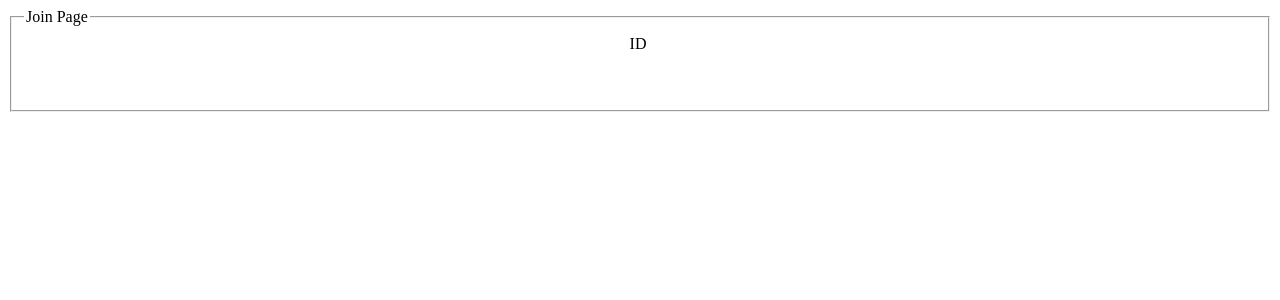
Repository: Jungsol/Servlet_JSP_study
Page: Servlet_JSP_study/src/main/webapp/ex09_join.html
The author's editor kept a copy of each file at every save. The page is drawn from the files as they stood at one save, then again after the next save.
The browser window is 1280 px wide. The pictures show the whole page.

Above is the page before, as saved 2023-06-06 14:35:23.

After the next save:
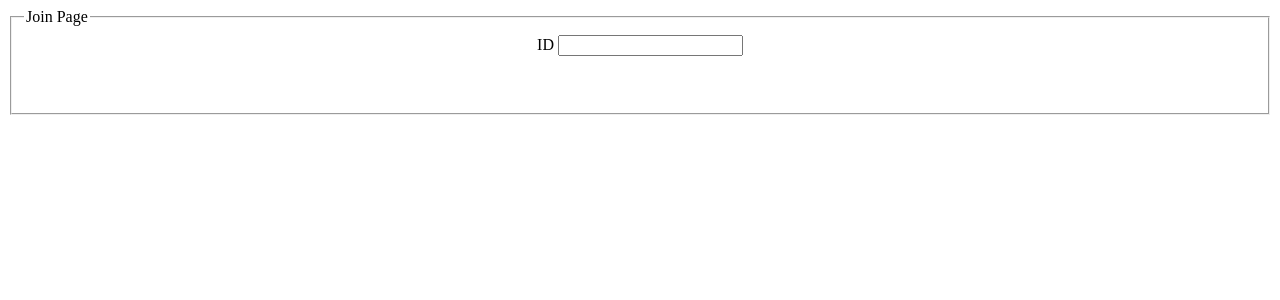
Saved 23 s later.
--- a/Servlet_JSP_study/src/main/webapp/ex09_join.html
+++ b/Servlet_JSP_study/src/main/webapp/ex09_join.html
@@ -16,7 +16,7 @@ table {margin: 0 auto;}
 			<table>
 				<tr>
 					<td>ID</td>
-					<td></td>
+					<td><input type="text" name="id"></td>
 				</tr>
 				<tr>
 					<td></td>
